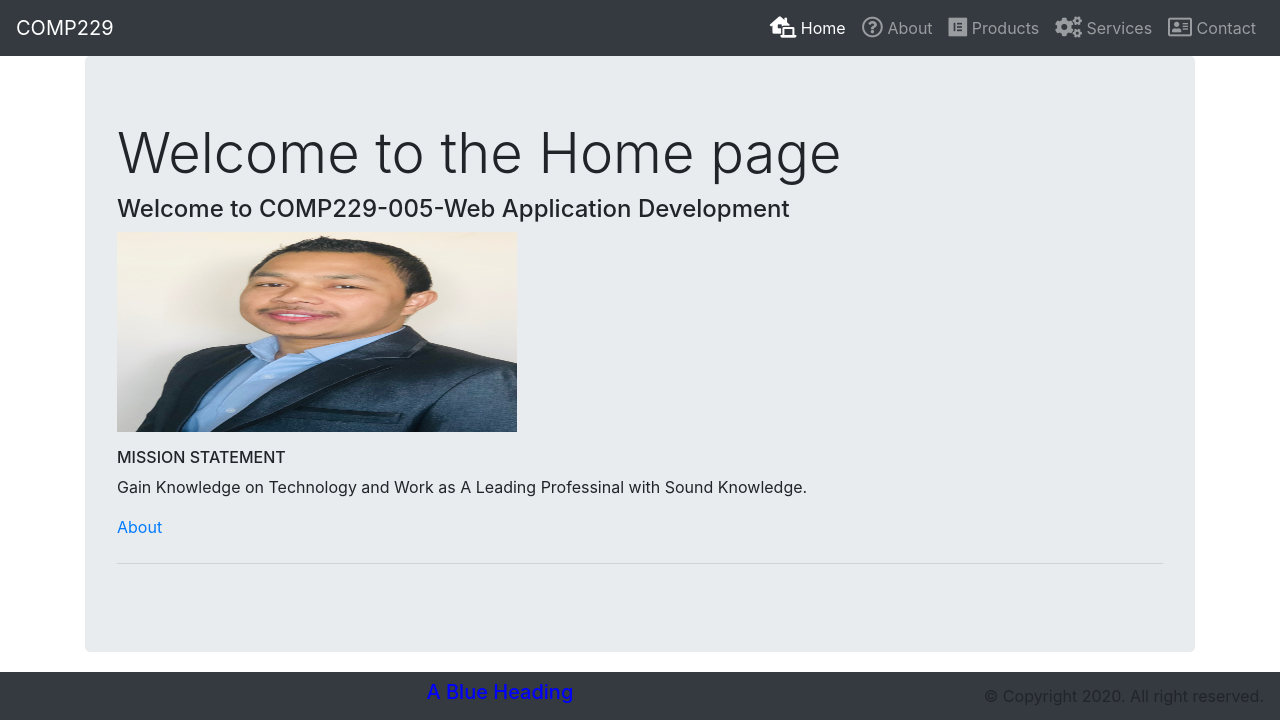
Repository: laxmangothe2020/COMP229Assignment
Page: http://localhost/
These files come from the project's save history. The page is drawn as it stood at one moment and after the next save; the edit follows.
The browser window is 1280 px wide. The pictures show the whole page.
The page is served by the project's Node server (server.js).

Above is the page before, as saved 2021-02-11 01:00:57.

After the next save:
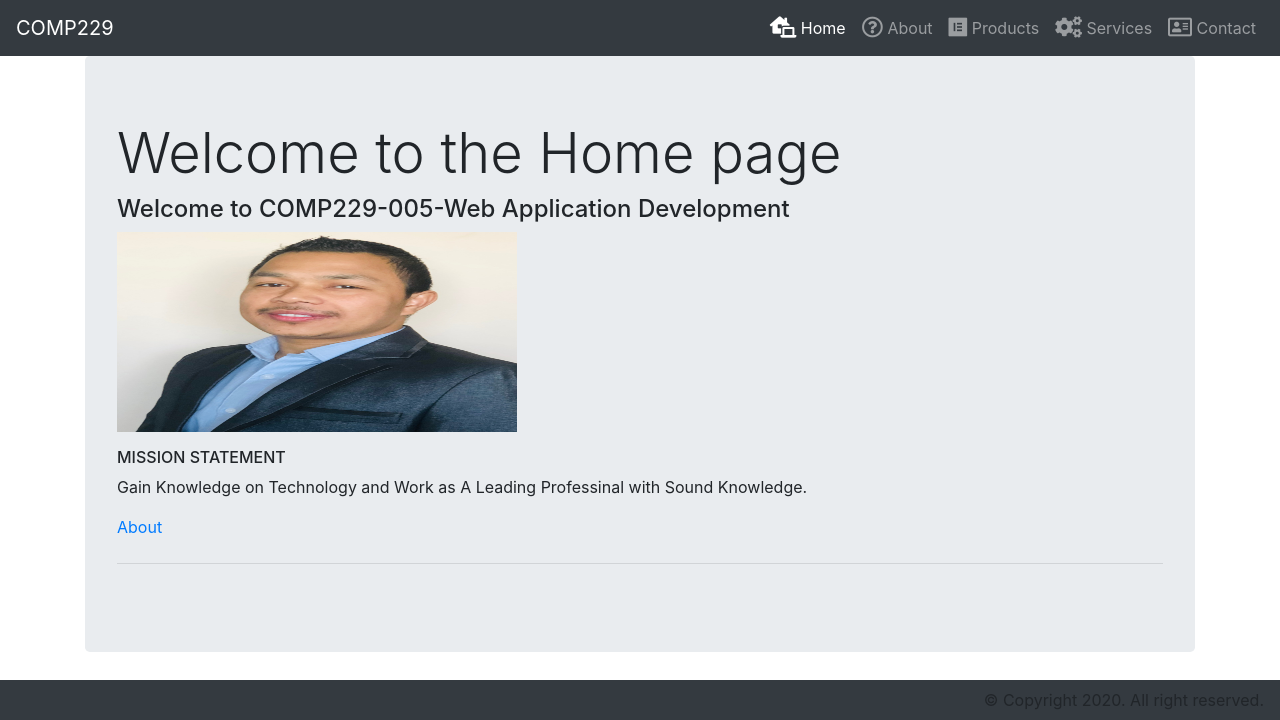
Saved 105 s later.
--- a/views/partials/bottom_nav.ejs
+++ b/views/partials/bottom_nav.ejs
@@ -3,7 +3,7 @@
     <footer>
 
        <nav class="navbar fixed-bottom navbar-dark bg-dark">
-           <h5 class="display-6 navbar.text"> <h5 style="color:blue;">A Blue Heading</h5>&copy; Copyright 2020. All right reserved.</h5>
+           <h5 class="display-6 navbar.text"> <h5 style="color:blue;"></h5>&copy; Copyright 2020. All right reserved.</h5>
        </nav>
 
     </footer>
